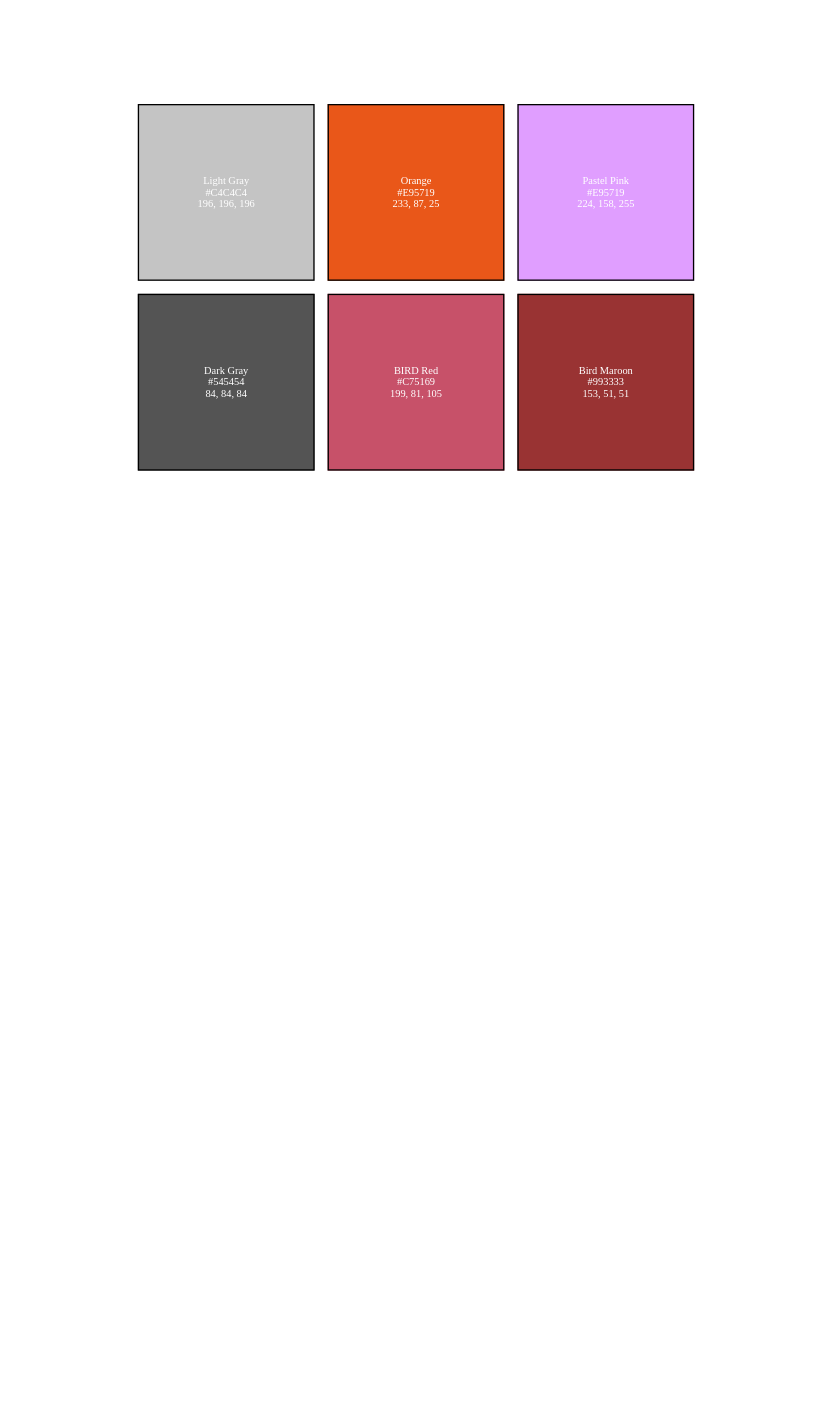
Repository: Levic559/bird-styleguide
Page: color/index.html
An editor plug-in stored every save of this project. The page is shown before and after the next save, followed by the edit.
The browser window is 1280 px wide. The pictures show the whole page, at 65% of full size.

Above is the page before, as saved 2021-03-22 02:23:15.

### color/index.html
<!DOCTYPE html>
<html>
    <head>
        <title>
            Colour Palette
        </title>
        <link rel="preconnect" href="https://fonts.gstatic.com">
        <link href="https://fonts.googleapis.com/css2?family=Archivo:wght@700&family=Roboto:wght@400;700&display=swap" rel="stylesheet">
        <link href="style.css" rel="stylesheet">
    </head>

    <body>
        <div class="main">
            <!--6 colours container-->
            <div class="colors">
                <div class = row>
                    <div class="cell lightgray">
                        <span>Light Gray</span>
                        <span>#C4C4C4</span>
                        <span>196, 196, 196</span>
                    </div>
                    <div class="cell orange">
                        <span>Orange</span>
                        <span>#E95719</span>
                        <span>233, 87, 25</span>
                    </div>
                    <div class="cell pink">
                        <span>Pastel Pink</span>
                        <span>#E95719</span>
                        <span>224, 158, 255</span>
                    </div>
                </div>
                <div class = row>
                    <div class="cell darkgray">
                        <span>Dark Gray</span>
                        <span>#545454</span>
                        <span>84, 84, 84</span>
                    </div>
                    <div class="cell red">
                        <span>BIRD Red</span>
                        <span>#C75169</span>
                        <span>199, 81, 105</span>
                    </div>
                    <div class="cell maroon">
                        <span>Bird Maroon</span>
                        <span>#993333</span>
                        <span>153, 51, 51</span>
                    </div>
                </div>
            </div>

            <div class="colortext">

            </div>
        </div>
    </body>
</html>

### color/style.css
body {
    margin: 0px;
    padding: 0px;
}

.main {
    width: 100vw;
    height: 300vh;
    display: flex;
    flex-direction: column;
    justify-content: flex-start;
    align-items: center;
}

.colors {
    display: flex;
    flex-direction: column;
    margin-top: 150px;
}

.row {
    display: flex;
    flex-direction: row;
}

.cell {
    display: flex;
    flex-direction: column;
    justify-content: center;
    align-items: center;
    border: black 2px solid;
    margin: 10px;
    min-height: 268px;
    min-width: 268px;
}

.cell > span {
    color: white;
}

.lightgray {
    background-color: #C4C4C4;
}
.orange {
    background-color: #E95719;
}
.pink {
    background-color: #E09EFF;
}
.darkgray {
    background-color: #545454;
}
.red {
    background-color: #C75169;
}
.maroon {
    background-color: #993333;
}

After the next save:
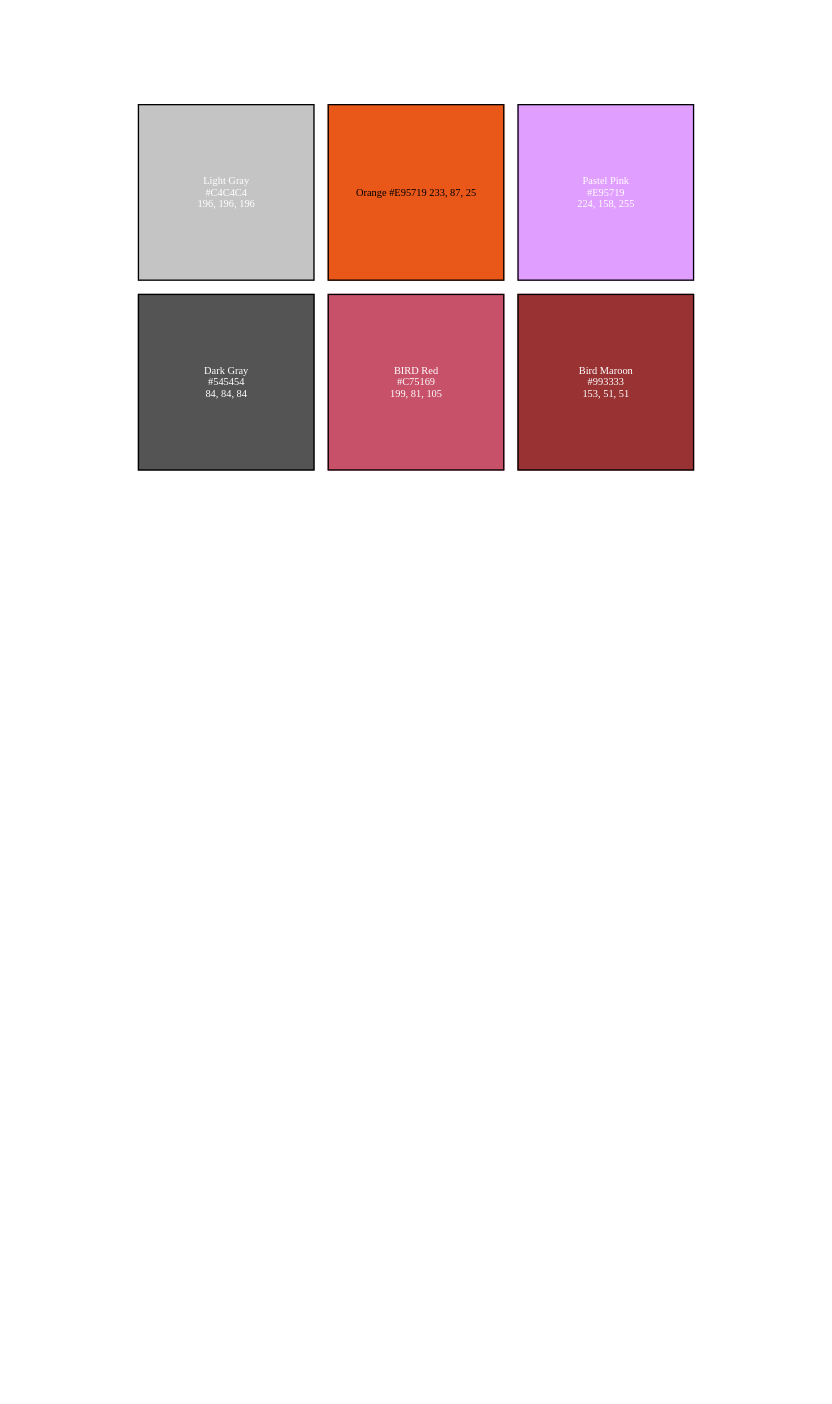
Saved 46 s later.
--- a/color/index.html
+++ b/color/index.html
@@ -20,9 +20,11 @@
                         <span>196, 196, 196</span>
                     </div>
                     <div class="cell orange">
-                        <span>Orange</span>
-                        <span>#E95719</span>
-                        <span>233, 87, 25</span>
+                        <div>
+                            <span>Orange</span>
+                            <span>#E95719</span>
+                            <span>233, 87, 25</span>
+                        </div>
                     </div>
                     <div class="cell pink">
                         <span>Pastel Pink</span>
